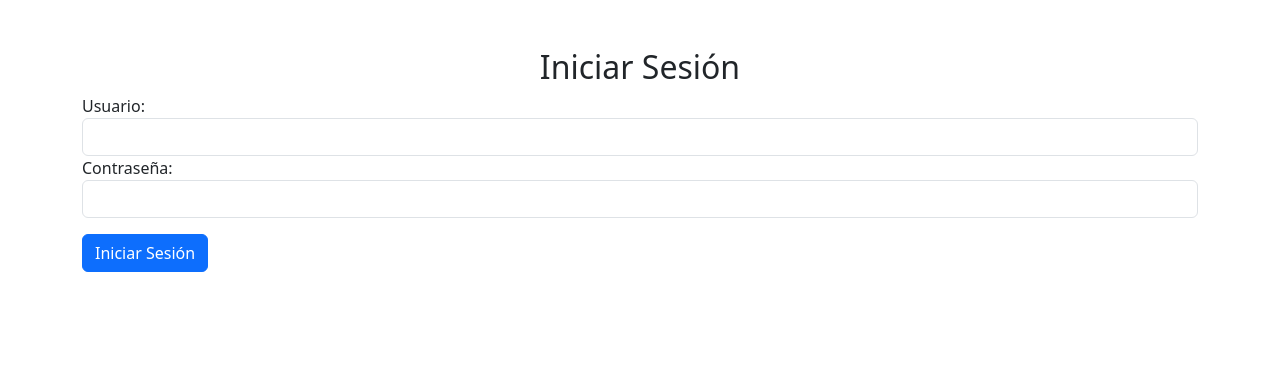
Repository: aandreaamaya/DiU2025-1
Page: http://localhost/login/
An editor plug-in stored every save of this project. The page is shown before and after the next save, followed by the edit.
The browser window is 1280 px wide. The pictures show the whole page.
The page is served by the project's application, run on Django 5.2 (Clase 9/proyecto_ejemplo_clase_7/manage.py). Other server files are loaded and not shown.

Above is the page before, as saved 2024-10-09 15:09:56.

### Clase 9/proyecto_ejemplo_clase_7/templates/login.html
{% extends 'base.html' %}

{% block content %}
<div class="container">
    <h2 class="text-center mt-5">Iniciar Sesión</h2>
    <form method="POST">
        {% csrf_token %}
        <div class="form-group">
            <label for="username">Usuario:</label>
            <input type="text" id="username" name="username" class="form-control">
        </div>
        <div class="form-group">
            <label for="password">Contraseña:</label>
            <input type="password" id="password" name="password" class="form-control">
        </div>
        <button type="submit" class="btn btn-primary mt-3">Iniciar Sesión</button>
    </form>
</div>
{% endblock %}

### Clase 9/proyecto_ejemplo_clase_7/templates/base.html
{% load static %}
<!DOCTYPE html>
<html lang="es">
<head>
    <meta charset="UTF-8">
    <meta name="viewport" content="width=device-width, initial-scale=1.0">
    <title>Mercado de Frutas</title>
    <link rel="stylesheet" href="{% static 'css/navbar.css' %}">
    <link href="https://cdn.jsdelivr.net/npm/bootstrap@5.3.0/dist/css/bootstrap.min.css" rel="stylesheet">
</head>
<body>
    {% block content %}

    {% endblock %}
    <script src="https://cdn.jsdelivr.net/npm/bootstrap@5.3.0/dist/js/bootstrap.bundle.min.js"></script>
</body>
</html>

### Clase 9/proyecto_ejemplo_clase_7/proyecto_ejemplo_clase_7/urls.py
"""
URL configuration for proyecto_ejemplo_clase_7 project.

The `urlpatterns` list routes URLs to views. For more information please see:
    https://docs.djangoproject.com/en/5.0/topics/http/urls/
Examples:
Function views
    1. Add an import:  from my_app import views
    2. Add a URL to urlpatterns:  path('', views.home, name='home')
Class-based views
    1. Add an import:  from other_app.views import Home
    2. Add a URL to urlpatterns:  path('', Home.as_view(), name='home')
Including another URLconf
    1. Import the include() function: from django.urls import include, path
    2. Add a URL to urlpatterns:  path('blog/', include('blog.urls'))
"""
from django.contrib import admin
from django.urls import include, path

urlpatterns = [
    path('admin/', admin.site.urls),
    path('', include('aplicacion_clase_7.urls')),
]

### Clase 9/proyecto_ejemplo_clase_7/aplicacion_clase_7/urls.py
from django.urls import path
from . import views
from .views import lista_productos
from django.contrib.auth import views as auth_views

urlpatterns = [
    path('productos/', lista_productos, name = 'lista_productos'),
    path('', views.inicio, name='inicio'),
     # Página de registro
    path('registro/', views.registro_usuario, name='registro'),

    # Inicio de sesión (usando vistas genéricas de Django)
    path('login/', auth_views.LoginView.as_view(template_name='login.html'), name='login'),

    # Cerrar sesión
    path('logout/', auth_views.LogoutView.as_view(template_name='logout.html'), name='logout'),

]

### Clase 9/proyecto_ejemplo_clase_7/aplicacion_clase_7/static/css/navbar.css
.bg-banner {
    background-image: url('/static/img/fondo.jpg');
    background-size: cover;
    background-position: center;
    background-repeat: no-repeat;
    height: 80px;
    display: flex;
    align-items: center;
}



.navbar .navbar-brand, .navbar-nav .nav-link {
    color: rgb(255, 232, 219) !important; /* Cambiar color del texto a blanco */
    font-weight: bold;
    font-family: 'Lucida Sans', 'Lucida Sans Regular', 'Lucida Grande', 'Lucida Sans Unicode', Geneva, Verdana, sans-serif;
}

.navbar .navbar-brand:hover, .navbar-nav .nav-link:hover {
    color: #ffeeba !important; /* Cambiar el color al pasar el cursor */
}

### Clase 9/proyecto_ejemplo_clase_7/templates/navbar.html
<nav class="navbar navbar-expand-lg navbar-light bg-banner">
    <div class="container-fluid">
        <a class="navbar-brand" href="{% url 'inicio' %}">Mercado de Frutas</a>
        <button class="navbar-toggler" type="button" data-bs-toggle="collapse" data-bs-target="#navbarNav" aria-controls="navbarNav" aria-expanded="false" aria-label="Toggle navigation">
            <span class="navbar-toggler-icon"></span>
        </button>
        <div class="collapse navbar-collapse" id="navbarNav">
            <ul class="navbar-nav ms-auto">
                <li class="nav-item">
                    <a class="nav-link active" aria-current="page" href="{% url 'inicio' %}">Inicio</a>
                </li>
                <li class="nav-item">
                    <a class="nav-link" href="{% url 'lista_productos' %}">Productos</a>
                </li>
                <li class="nav-item">
                    <a class="nav-link" href="{% url 'registro' %}">Regístrate</a>
                </li>
                <li class="nav-item">
                    <a class="nav-link" href="{% url 'login' %}">Iniciar Sesión</a>
                </li>
                <li class="nav-item">
                    <a class="nav-link" href="{% url 'logout' %}">Cerrar Sesión</a>
                </li>
            </ul>
        </div>
    </div>
</nav>

After the next save:
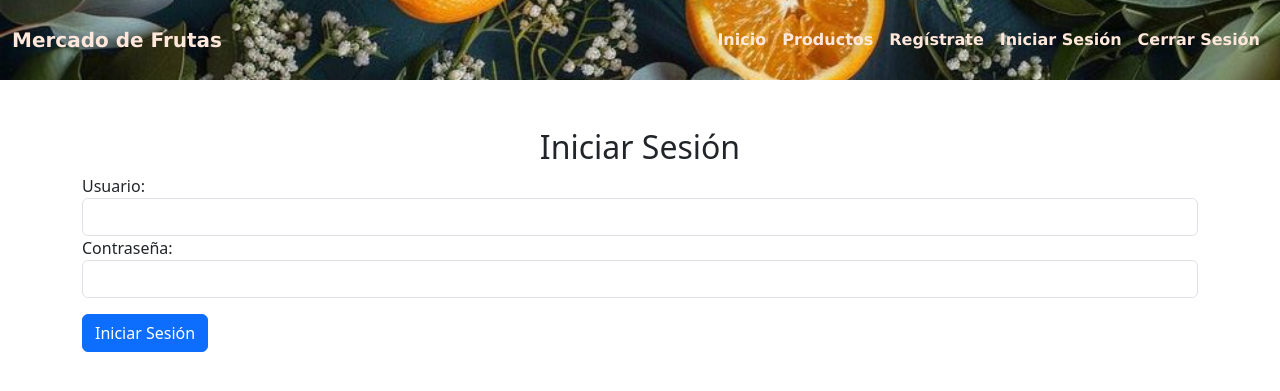
Saved 38 s later.
--- a/Clase 9/proyecto_ejemplo_clase_7/templates/login.html
+++ b/Clase 9/proyecto_ejemplo_clase_7/templates/login.html
@@ -1,6 +1,7 @@
 {% extends 'base.html' %}
 
 {% block content %}
+{% include 'navbar.html' %}
 <div class="container">
     <h2 class="text-center mt-5">Iniciar Sesión</h2>
     <form method="POST">
